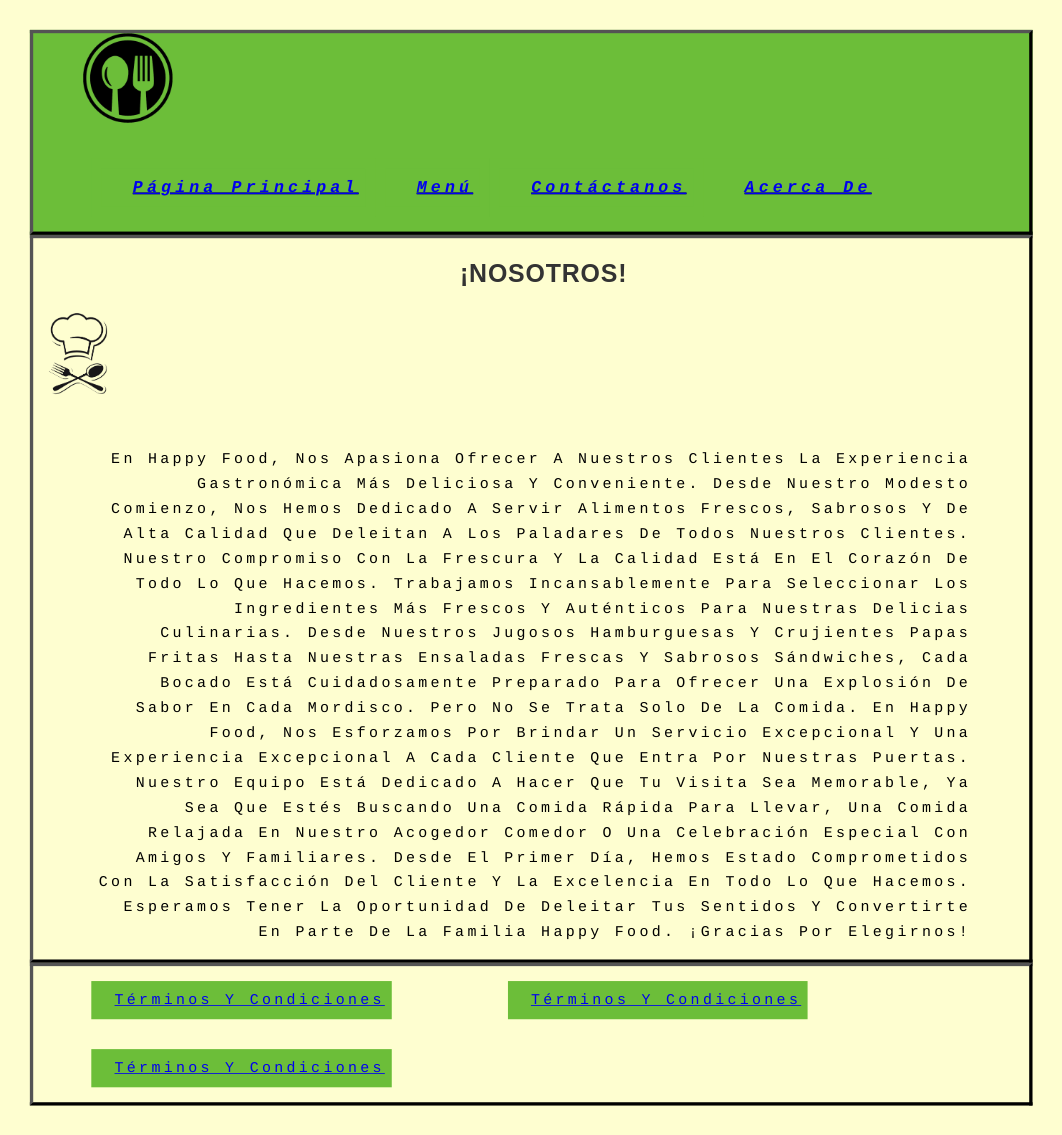
Repository: UVMCoyoacan/eq06_sitio1
Page: Carpeta docs/acercade.html
An editor plug-in stored every save of this project. The page is shown before and after the next save, followed by the edit.
The browser window is 1280 px wide. The pictures show the whole page, at 83% of full size.

Above is the page before, as saved 2024-04-13 23:18:53.

After the next save:
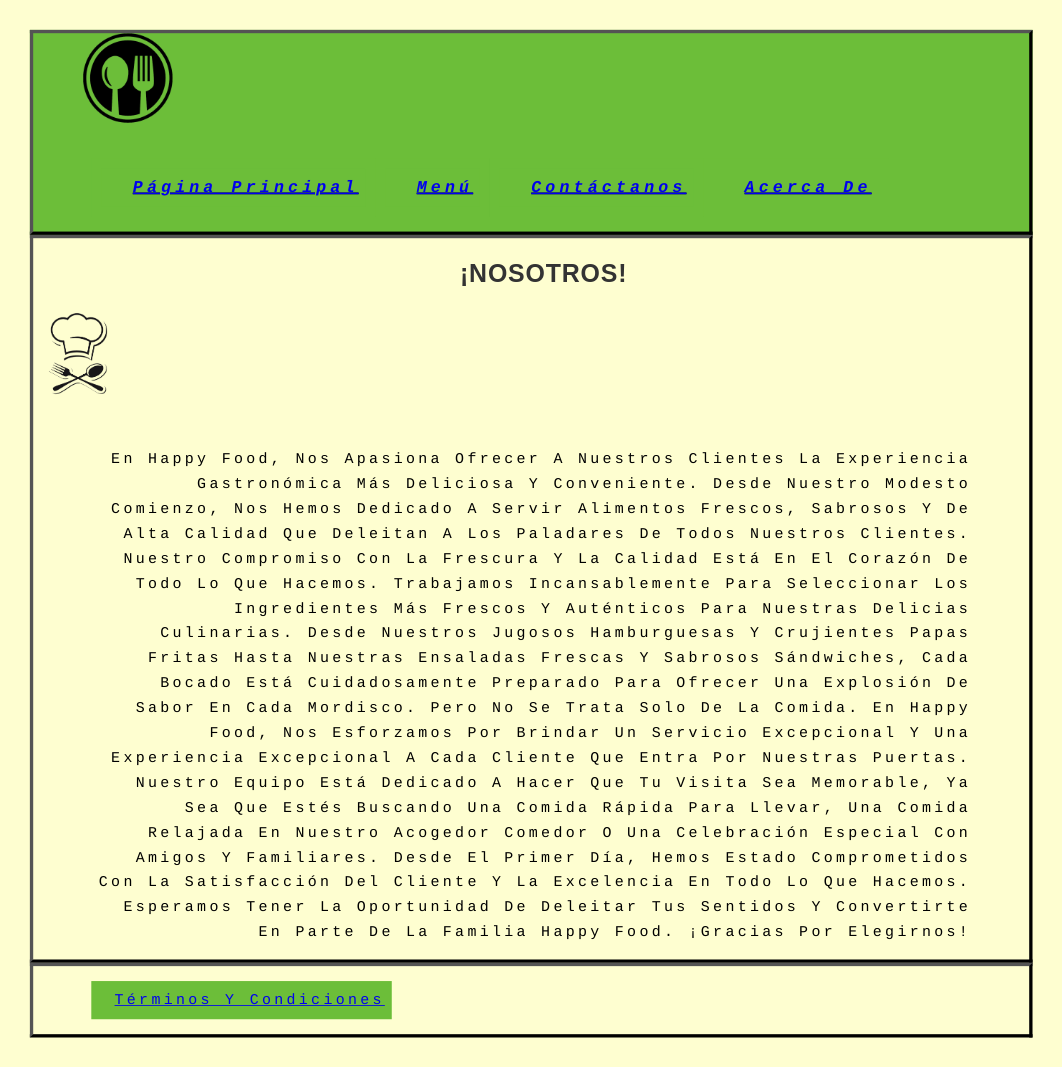
Saved 5 min 50 s later.
--- a/Carpeta docs/acercade.html
+++ b/Carpeta docs/acercade.html
@@ -46,9 +46,8 @@ Desde el primer día, hemos estado comprometidos con la satisfacción del client
     <div style="border-style: outset; border-color: #000000; border-width: .4ch;">
         <footer >
             <div style="display: flex; flex-wrap: wrap;">
-                <ul><a href="../Carpeta docs/terminos.html">Términos y condiciones</a></ul>
-                <ul><a href="../Carpeta docs/terminos.html">Términos y condiciones</a></ul>
-                <ul><a href="../Carpeta docs/terminos.html">Términos y condiciones</a></ul>
+                <ul><a href="./Carpeta docs/terminos.html">Términos y condiciones</a></ul>
+
             </div>
         </footer>
     </div>
